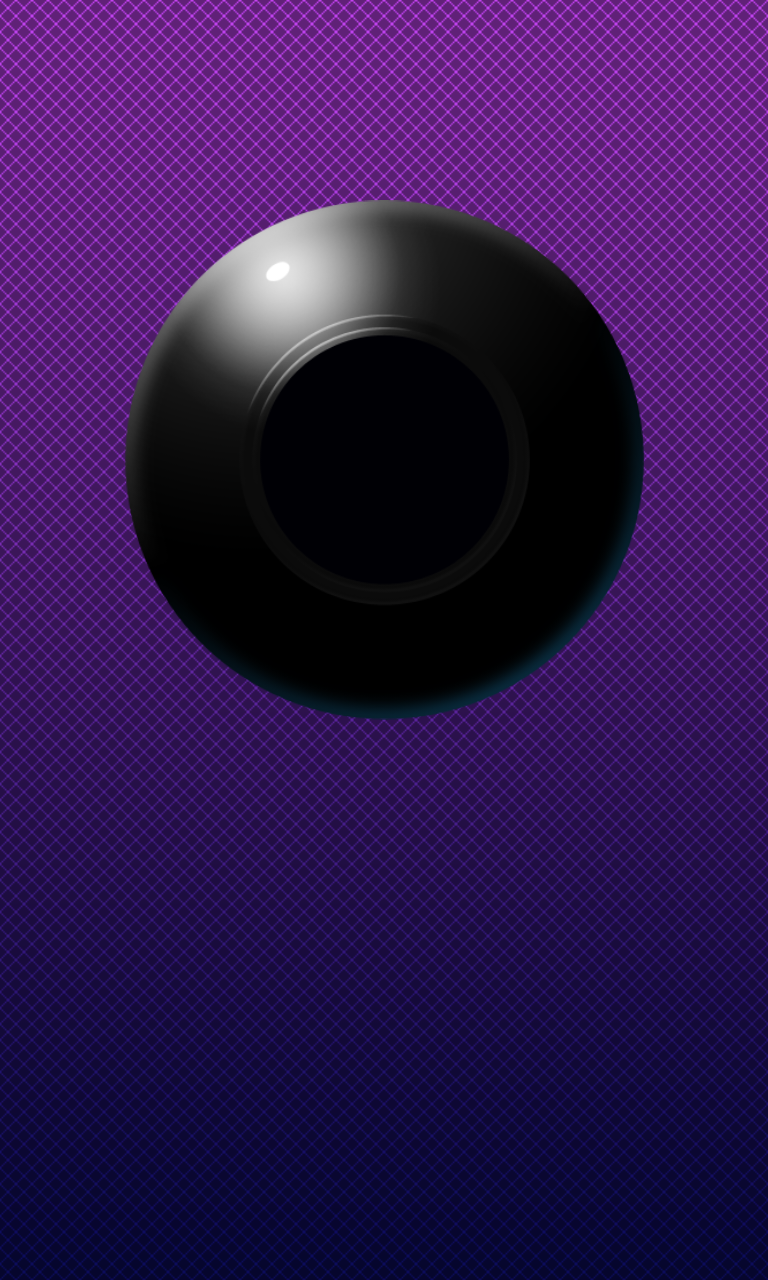
Repository: LimHeeJho/masicBall
Layout: MagicBall/res/layout/activity_main.xml
These files come from the project's save history. The layout is drawn as it stood at one moment and after the next save; the edit follows.
It is drawn on a 768 x 1280 px phone screen (xhdpi) without system bars, with theme AppTheme; the app's code is not run.

Above is the layout before, as saved 2013-07-17 08:15:02.

### MagicBall/res/layout/activity_main.xml
<RelativeLayout xmlns:android="http://schemas.android.com/apk/res/android"
    xmlns:tools="http://schemas.android.com/tools"
    android:layout_width="fill_parent"
    android:layout_height="fill_parent"
    tools:context=".MainActivity" >

    <RelativeLayout
        android:layout_width="fill_parent"
        android:layout_height="fill_parent"
        android:layout_alignParentLeft="true"
        android:layout_alignParentTop="true"
        android:background="@drawable/background" >

        <RelativeLayout
            android:layout_width="260dp"
            android:layout_height="300dp"
            android:layout_marginTop="80dp"
            android:layout_centerHorizontal="true"
             >

            <ImageView
                android:id="@+id/imageView1"
                android:layout_width="fill_parent"
                android:layout_height="fill_parent"
                android:layout_alignParentTop="true"
                android:layout_centerHorizontal="true"
                android:src="@drawable/ball" />
        </RelativeLayout>
    </RelativeLayout>

</RelativeLayout>

Loaded but not shown: MagicBall/res/values/styles.xml (common file); MagicBall/res/values-v11/styles.xml (common file); MagicBall/res/values-v14/styles.xml (common file)

After the next save:
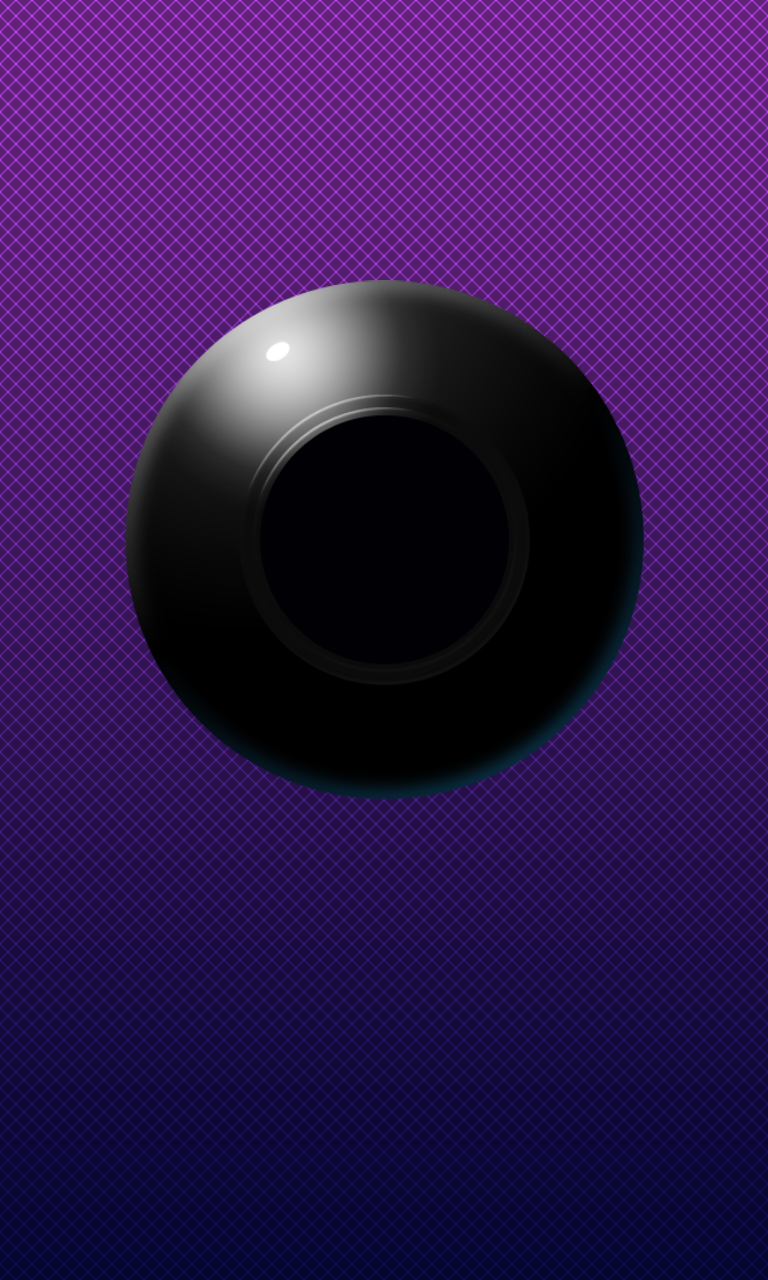
Saved 10 s later.
--- a/MagicBall/res/layout/activity_main.xml
+++ b/MagicBall/res/layout/activity_main.xml
@@ -14,7 +14,7 @@
         <RelativeLayout
             android:layout_width="260dp"
             android:layout_height="300dp"
-            android:layout_marginTop="80dp"
+            android:layout_marginTop="120dp"
             android:layout_centerHorizontal="true"
              >
 
